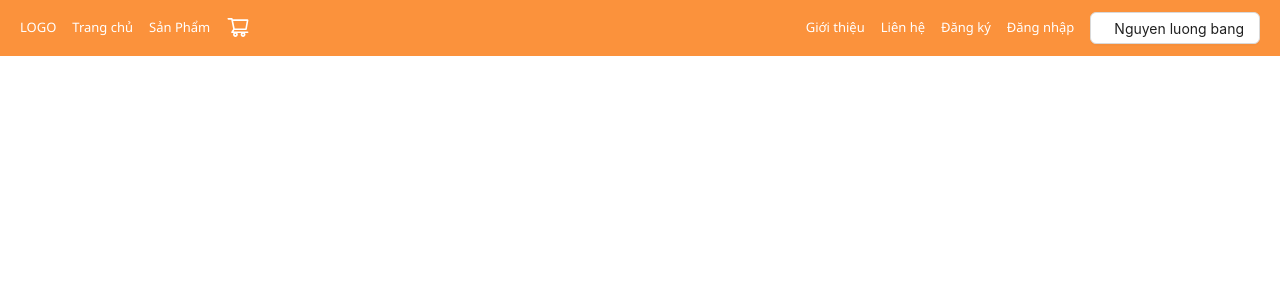
Repository: TinhTT336/MD02_Session15
Page: / (app in client/)
These files come from the project's save history. The page is drawn as it stood at one moment and after the next save; the edit follows.
The browser window is 1280 px wide. The pictures show the whole page.
The project was rebuilt for these pictures with package versions that can differ from the ones it lists, and the page was loaded fresh each time. Also part of the build but not shown: client/vite.config.js.

Above is the page before, as saved 2023-09-15 09:28:53.

### client/src/main.jsx
import React from 'react'
import ReactDOM from 'react-dom/client'
import App from './App.jsx'
import './index.css'
import { BrowserRouter } from "react-router-dom";

ReactDOM.createRoot(document.getElementById('root')).render(
  <BrowserRouter>
    <App />
  </BrowserRouter>
)

### client/src/App.jsx
import "./assets/styles/main.css";
import Header from "./components/user/header/Header";

function App() {

  return (
    <>
      <Header />
    </>
  )
}

export default App

### client/src/assets/styles/main.css
* {
  margin: 0;
  padding: 0;
  box-sizing: border-box;
}
@font-face {
  font-family: Notosans-bold;
  src: url(../fonts/notosans-bold.3ede5aff.woff2);
}
@font-face {
  font-family: Notosans-italic;
  src: url(../fonts/notosans-italic.1c1aaac9.woff2);
}
@font-face {
  font-family: Notosans-regular;
  src: url(../fonts/notosans-regular.2cb88a13.woff2);
}
@font-face {
  font-family: Notosans-semibold;
  src: url(../fonts/notosans-semibold.df3e6dc4.woff2);
}

body {
  height: 100%;
  width: 100%;
  font-size: 13px;
  font-family: Notosans-regular;
  color: #000000;
  background-color: #ffffff;
}

::-webkit-scrollbar {
  width: 10px;
  height: 10px;
}
::-webkit-scrollbar-track {
  background: #f1f1f1;
}
::-webkit-scrollbar-thumb {
  background: #b8bcc3;
}
::-webkit-scrollbar-thumb:hover {
  background: #888;
}
::-webkit-scrollbar-track-piece {
  background-color: #f1f1f1;
  width: 10px;
}

### client/src/components/user/header/Header.jsx
import React from 'react'
import { NavLink } from "react-router-dom"
import { ShoppingCartOutlined } from "@ant-design/icons"
import { Button, Dropdown } from 'antd';

export default function Header() {
    const items = [
        {
            key: '1',
            label: (
                <a target="_blank" rel="noopener noreferrer" href="https://www.antgroup.com">
                    1st menu item
                </a>
            ),
        },
        {
            key: '2',
            label: (
                <a target="_blank" rel="noopener noreferrer" href="https://www.aliyun.com">
                    2nd menu item
                </a>
            ),
        },
        {
            key: '3',
            label: (
                <a target="_blank" rel="noopener noreferrer" href="https://www.luohanacademy.com">
                    3rd menu item
                </a>
            ),
        },
    ];
    return (
        <>
            <div className='w-full bg-orange-400 h-14 text-white flex items-center justify-between px-5'>
                <div className='flex gap-4 items-center'>
                    <NavLink to="/">LOGO</NavLink>
                    <NavLink to="/">Trang chủ</NavLink>
                    <NavLink to="/list-product">Sản Phẩm</NavLink>
                    <NavLink to="/cart">
                        <ShoppingCartOutlined className='text-2xl relative' />
                        <span className='bg-white px-2 rounded-xl text-black absolute'></span>
                    </NavLink>
                </div>
                <div className='flex gap-4 items-center'>
                    <NavLink to="/about">Giới thiệu</NavLink>
                    <NavLink to="/contact">Liên hệ</NavLink>
                    <NavLink to="/register">Đăng ký</NavLink>
                    <NavLink to="/login">Đăng nhập</NavLink>
                    <Dropdown
                        menu={{
                            items,
                        }}
                        placement="bottomLeft"
                        arrow
                    >
                        <Button>
                            <img src="" alt="" />
                            Nguyen luong bang
                        </Button>
                    </Dropdown>
                </div>
            </div>
        </>
    )
}

Loaded but not shown: client/src/index.css (common file); client/tailwind.config.js (common file)

After the next save:
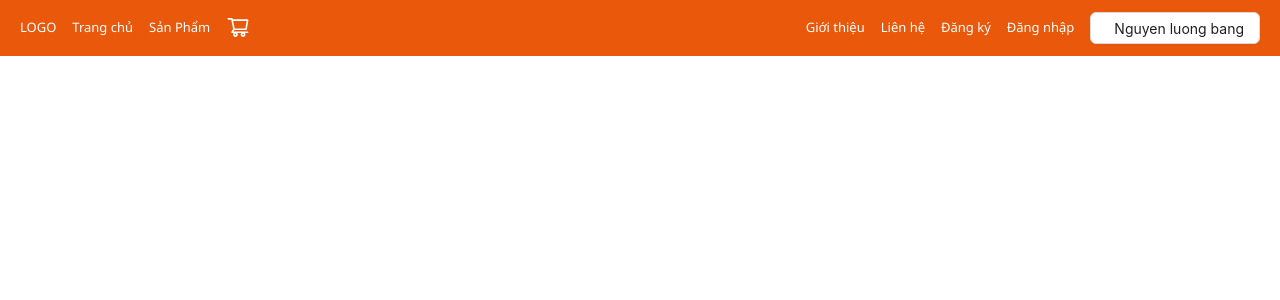
Saved 15 s later.
--- a/client/src/components/user/header/Header.jsx
+++ b/client/src/components/user/header/Header.jsx
@@ -32,7 +32,7 @@ export default function Header() {
     ];
     return (
         <>
-            <div className='w-full bg-orange-400 h-14 text-white flex items-center justify-between px-5'>
+            <div className='w-full bg-orange-600 h-14 text-white flex items-center justify-between px-5'>
                 <div className='flex gap-4 items-center'>
                     <NavLink to="/">LOGO</NavLink>
                     <NavLink to="/">Trang chủ</NavLink>
